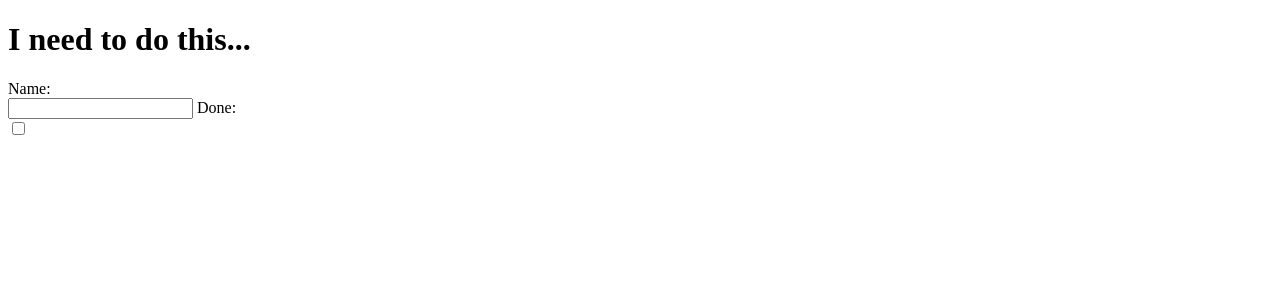
Repository: chrismurray1980/django-todo
Page: http://localhost/add
The author's editor kept a record of every edit. The page is drawn from the files as they stood at one moment, then again after the next edit.
The browser window is 1280 px wide. The pictures show the whole page.
The page is served by the project's application, run on Django 2.2 (manage.py).

Above is the page before.

After the next edit:
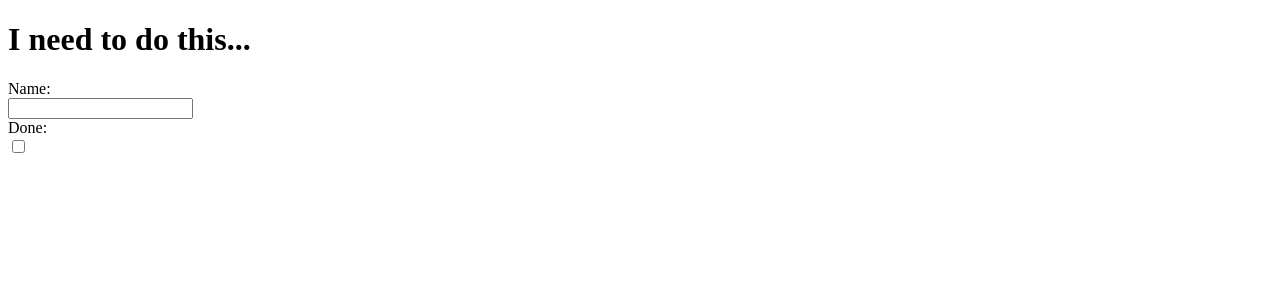
The edit:
--- a/todo/templates/item_form.html
+++ b/todo/templates/item_form.html
@@ -11,7 +11,7 @@
 
     <form method='POST'>
         <label for="id_name">Name:</label><br>
-        <input type="text" id="id_name" name="name"/>
+        <input type="text" id="id_name" name="name"/><br>
         <label for="id_done">Done:</label><br>
         <input type="checkbox" id="id_done" name="done"/><br>
     </form>
